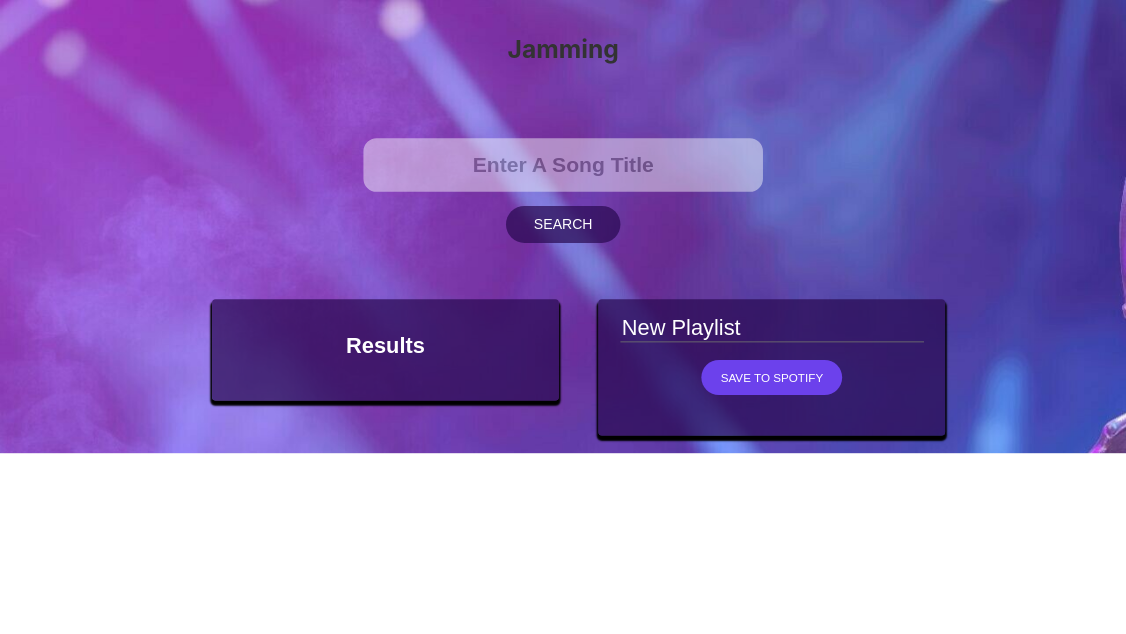
Repository: LolaSL/jamming
Page: /
An editor plug-in stored every save of this project. The page is shown before and after the next save, followed by the edit.
The browser window is 1280 px wide. The pictures show the whole page, at 88% of full size.
The project was rebuilt for these pictures with package versions that can differ from the ones it lists, and the page was loaded fresh each time. Also part of the build but not shown: src/components/Track/Track.css, src/components/Track/Track.jsx.

Above is the page before, as saved 2023-06-23 17:56:51.

### src/App/App.js
import React, { useState, useCallback } from "react";
import "./App.css";

import Playlist from "../components/PlayList/PlayList.jsx";
import SearchBar from "../components/SearchBar/SearchBar";
import SearchResults from "../components/SearchResults/SearchResults";
import Spotify from "../utils/Spotify";

const App = () => {
  const [searchResults, setSearchResults] = useState([]);
  const [playlistName, setPlaylistName] = useState("New Playlist");
  const [playlistTracks, setPlaylistTracks] = useState([]);

  const search = useCallback(async (term) => {
    const results = await Spotify.search(term);
    setSearchResults(results);
  }, []);

  const addTrack = useCallback((track) => {
    if (playlistTracks.some((savedTrack) => savedTrack.id === track.id)) {
      return;
    }
    setPlaylistTracks((prevTracks) => [...prevTracks, track]);
  }, [playlistTracks]);

  const removeTrack = useCallback((track) => {
    setPlaylistTracks((prevTracks) =>
      prevTracks.filter((currentTrack) => currentTrack.id !== track.id)
    );
  }, []);

  const updatePlaylistName = useCallback((name) => {
    setPlaylistName(name);
  }, []);

  const savePlaylist = useCallback(async () => {
    const trackUris = playlistTracks.map((track) => track.uri);
    await Spotify.savePlaylist(playlistName, trackUris);
    setPlaylistName("New Playlist");
    setPlaylistTracks([]);
  }, [playlistName, playlistTracks]);

  return (
    <div className="App-container" data-testid="app-test">
      <h1>
        Jamming
      </h1>
      <SearchBar onSearch={search} />
      <div className="App-playlist">
          <SearchResults searchResults={searchResults} onAdd={addTrack} />
          <Playlist
            playlistName={playlistName}
            playlistTracks={playlistTracks}
            onNameChange={updatePlaylistName}
            onRemove={removeTrack}
            onSave={savePlaylist}
        />
      </div>
      </div>
  );
};

export default App;
;

### src/App/App.css
body,
html,
#root {
  height: 100%;

}

/* CSS for App-container */
.App-container {
  display: flex;
  flex-direction: column;
  align-items: center;
  padding: 20px;
  background-color: #f0f0f0;
  background-image: url('./background.jpg');
}

/* CSS for h1 */
h1 {
  font-size: 28px;
  margin-bottom: 20px;
  color: #333;
}

/* CSS for SearchBar */
.SearchBar {
  display: flex;
  justify-content: center;
  align-items: center;
  margin-bottom: 20px;
}

/* CSS for App-playlist */
.App-playlist {
  display: grid;
  grid-template-columns: 1fr 1fr;
  grid-gap:80px;
}

/* CSS for SearchResults and Playlist components */
.SearchResults,
.Playlist {
  background-color: #fff;
  padding: 20px;
  border-radius: 4px;
  box-shadow: 0 2px 4px rgba(0, 0, 0, 0.1);
}

/*
.App-container{
  flex-wrap: wrap;
  height: 150%;
  padding: 0 17% 10% 17%;
  background-image: url('./background.jpg');
  opacity: 0.95;
  background-size: cover;
  overflow: hidden;
  background-position: center;
  background-repeat: no-repeat;
  font-family: 'Work Sans', sans-serif;
  font-weight: 500;
  color: #56649f;
  text-align: center;
  max-width: 100%;

}
h1{
  font-family:'Segoe UI', Tahoma, Geneva, Verdana, sans-serif;
  text-transform: uppercase;
  letter-spacing: 20px;
  color: #ffffff;
  font-size: 4rem;
  margin-top: 60px;
}
.App-playlist{
  display: flex;
  flex-wrap: wrap;
  align-items: justify;
  column-gap: 30px;
  width:500px;
  margin: 0 auto;

}

@media screen and (max-width: 400px) {
  .App-container {
    width: 70%;
    height: auto;
    align-items: center;
  }
}

@media screen and (max-width: 800px) {
  .App-container {
    width:75%;
    height: auto;
    align-items: center;
  }
}
@media only screen and (max-width: 1220px) {
  .App-container {
    width: 90%;
    height: auto;
    align-items: center;
  }
}
@media only screen and (max-width: 1620px) {
  .App-container {
    width: 100%;
    height: auto;
    align-items: center;
  }
} */

### src/components/PlayList/PlayList.jsx
import React, { useCallback } from "react";
import PropTypes from "prop-types";
import "./PlayList.css";
import TrackList from "../TrackList/TrackList";

const Playlist = ({
  onNameChange,
  playlistTracks,
  onRemove,
  onSave
}) => {
  const handleNameChange = useCallback((event) => {
    onNameChange(event.target.value);
  }, [onNameChange]);

  return (
    <div className="Playlist">
      <input onChange={handleNameChange} defaultValue={"New Playlist"} />
      <TrackList
        tracks={playlistTracks}
        isRemoval={true}
        onRemove={onRemove}
      />
      <button className="Playlist-save" onClick={onSave}>
        SAVE TO SPOTIFY
      </button>
    </div>
  );
};

Playlist.propTypes = {
  onNameChange: PropTypes.func,
  playlistTracks: PropTypes.array,
  onRemove: PropTypes.func,
  onSave: PropTypes.func
};

export default Playlist;

### src/components/SearchBar/SearchBar.jsx
import React, { useState, useCallback } from "react";
import "./SearchBar.css";

const SearchBar = ({ onSearch }) => {
  const [term, setTerm] = useState("");

  const handleTermChange = useCallback((event) => {
    setTerm(event.target.value);
  }, []);

  const search = useCallback(() => {
    onSearch(term);
  }, [onSearch, term]);

  return (
    <div className="SearchBar">
      <input placeholder="Enter A Song Title" onChange={handleTermChange} />
      <button className="SearchButton" onClick={search}>
        SEARCH
      </button>
    </div>
  );
};

export default SearchBar;

### src/components/SearchResults/SearchResults.jsx
import React from "react";
import "./SearchResults.css";
import TrackList from "../TrackList/TrackList";

const SearchResults = ({ searchResults, onAdd }) => {
  return (
    <div className="SearchResults">
      <h2>Results</h2>
      <TrackList tracks={searchResults} onAdd={onAdd} />
    </div>
  );
};

export default SearchResults;

### src/utils/Spotify.js
const clientId = 'a18dfb23f21c4bf69aa0c5c6ac72acdc'; // Insert client ID here.
const redirectUri = 'http://localhost:3000/'; // Have to add this to your accepted Spotify redirect URIs on the Spotify API.

let accessToken;

const Spotify = {
  getAccessToken() {
    if (accessToken) {
      return accessToken;
    }

    const accessTokenMatch = window.location.href.match(/access_token=([^&]*)/);
    const expiresInMatch = window.location.href.match(/expires_in=([^&]*)/);
    if (accessTokenMatch && expiresInMatch) {
      accessToken = accessTokenMatch[1];
      const expiresIn = Number(expiresInMatch[1]);
      window.setTimeout(() => accessToken = '', expiresIn * 1000);
      window.history.pushState('Access Token', null, '/'); // This clears the parameters, allowing us to grab a new access token when it expires.
      return accessToken;
    } else {
      const accessUrl = `https://accounts.spotify.com/authorize?client_id=${clientId}&response_type=token&scope=playlist-modify-public&redirect_uri=${redirectUri}`;
      window.location = accessUrl;
    }
  },

  async search(term) {
    const accessToken = Spotify.getAccessToken();
    const response = await fetch(`https://api.spotify.com/v1/search?type=track&q=${term}`, {
      headers: {
        Authorization: `Bearer ${accessToken}`
      }
    });
    const jsonResponse = await response.json();
    if (!jsonResponse.tracks) {
      return [];
    }
    return jsonResponse.tracks.items.map(track => ({
      id: track.id,
      name: track.name,
      artist: track.artists[0].name,
      album: track.album.name,
      popularity: track.popularity,
      uri: track.uri
    }));
  },

  savePlaylist(name, trackUris) {
    if (!name || !trackUris.length) {
      return;
    }

    const accessToken = Spotify.getAccessToken();
    const headers = { Authorization: `Bearer ${accessToken}` };
    let userId;

    return fetch('https://api.spotify.com/v1/me', { headers: headers }
    ).then(response => response.json()
    ).then(jsonResponse => {
      userId = jsonResponse.id;
      return fetch(`https://api.spotify.com/v1/users/${userId}/playlists`, {
        headers: headers,
        method: 'POST',
        body: JSON.stringify({ name: name })
      }).then(response => response.json()
      ).then(jsonResponse => {
        const playlistId = jsonResponse.id;
        return fetch(`https://api.spotify.com/v1/users/${userId}/playlists/${playlistId}/tracks`, {
          headers: headers,
          method: 'POST',
          body: JSON.stringify({ uris: trackUris })
        });
      });
    });
  }
};

export default Spotify;

### src/components/PlayList/PlayList.css
.Playlist {
    display: flex;
    flex-direction: column;
    align-items: center;
    justify-items: center;
    overflow-y: scroll;
    width: 100%;
    max-height: 900px;
    padding: 1.1rem;
    background-color: rgba(40, 9, 80, 0.7);
    box-shadow: 0 4px 2px 2px #000000;

  }

  .Playlist input {
    width: 95%;
    border: 0;
    outline: 0;
    background: transparent;
    border-bottom: 1px solid #6f6f6f;
    font-family: 'Poppins', sans-serif;
    font-size: 1.55rem;
    color: #fff;
  }

  .Playlist-save {
    cursor: pointer;
    width: 10rem;
    padding: .77rem 0;
    border-radius: 54px;
    border-width: 0px;
    margin-top: 1.27rem;
    background-color: #6c41ec;
    text-align: center;
    font-size: .83rem;
    transition: background-color .25s;
    color: #fff;
    font-weight: 500;
  }

  .Playlist-save:hover {
    background-color: rgba(108, 65, 233, .7);
  }

  ::-webkit-scrollbar {
      width: 0px;
      background: transparent;
  }

  @media screen and (min-width: 400px) {
    .Playlist {
      width: 70%;
      height: auto;
      align-items: center;
    }
  }

  @media screen and (min-width: 800px) {
    .Playlist {
      width:75%;
      height: auto;
    }
  }
  @media only screen and (max-width: 1220px) {
    .Playlist {
      width: 90%;
      height: auto;
      align-items: center;
    }
  }
  @media only screen and (max-width: 1620px) {
    .Playlist {
      width: 100%;
      height: auto;
      align-items: center;
    }
  }

### src/components/TrackList/TrackList.jsx
import React from "react";
import PropTypes from "prop-types";
import "./TrackList.css";
import Track from "../Track/Track";

const TrackList = ({ tracks, onAdd, isRemoval, onRemove }) => {
  return (
    <div className="TrackList">
      {tracks.map((track, index) => (
        <Track
          key={index}
          track={track}
          onAdd={onAdd}
          isRemoval={isRemoval}
          onRemove={onRemove}
        />
      ))}
    </div>
  );
};

TrackList.propTypes = {
  tracks: PropTypes.array,
  onAdd: PropTypes.func,
  onRemove: PropTypes.func,
  isRemoval: PropTypes.bool,
};

export default TrackList;

### src/components/SearchBar/SearchBar.css
.SearchBar {
  display: flex;
  flex-direction: column;
  align-items: center;
  padding-top: 4rem;
  margin-bottom: 4rem;
}

.SearchBar input {
  width: 450px;
  height: 25px;
  padding:1rem 0;
  border: 2px solid #fff;
  border-radius: 15px;
  margin-bottom: 1rem;
  color: black;
  font-weight: 600;
  text-align: center;
  font-size: 1.5rem;
  opacity: 0.45;
  z-index: 1;
}

.SearchBar input:focus {
  outline: none;
}

.SearchButton {
  cursor: pointer;
  width: 8.11rem;
  padding: 0.77rem 0;
  border-radius: 54px;
  background-color: rgba(40, 9, 80, 0.7);
  text-align: center;
  font-size: 1rem;
  transition: background-color 0.25s;
  border: 0px;
  color: #fff;
  font-weight: 500;
}

.SearchButton:hover {
  background-color: rgba(108, 65, 233, 0.7);
}

### src/components/SearchResults/SearchResults.css
.SearchResults {
  display: flex;
  flex-direction: column;
  align-items: left;
  overflow-y: scroll;
  width: 38%;
  max-height: 900px;
  padding: 1.1rem;
  background-color: rgba(40, 9, 80, 0.7);
  box-shadow: 0 4px 2px 2px #000000;
  gap: 10px;

  }
  h2{
    font-family: 'Poppins', sans-serif;
    color: #ffffff;
    text-align: left;
    font-size: 1.55rem;
  }
  ::-webkit-scrollbar {
      width: 0px;
      background: transparent;
  }

  /* @media only screen and (max-width: 1020px) {
    .SearchResults {
      width: 90%;
      margin-bottom:2.5rem;
    }
  } */

  @media screen and (min-width: 400px) {
    .SearchResults {
      width: 70%;
      margin-bottom:1.5rem;
      align-items: center;
    }
  }

  @media screen and (min-width: 800px) {
    .SearchResults {
      width:75%;
      margin-bottom:2rem;
      align-items: center;
    }
  }
  @media only screen and (max-width: 1220px) {
    .SearchResults {
      width: 90%;
      margin-bottom:2.5rem;
      align-items: center;
    }
  }
  @media only screen and (max-width: 1620px) {
    .SearchResults {
      width: 100%;
      margin-bottom:2.5rem;
      align-items: center;
    }
  }

### src/components/TrackList/TrackList.css
.TrackList {
    width: 100%;
    overflow-y: scroll;
  }

  @media screen and (max-width: 400px) {
    .TrackList {
      width: 70%;
      height: auto;
      align-items: center;
    }
  }

  @media screen and (max-width: 800px) {
    .TrackList {
      width:75%;
      height: auto;
      align-items: center;
    }
  }
  @media only screen and (max-width: 1220px) {
    .TrackList {
      width: 90%;
      height: auto;
      align-items: center;
    }
  }
  @media only screen and (max-width: 1620px) {
    .TrackList {
      width: 100%;
      height: auto;
      align-items: center;
    }
  }

Loaded but not shown: public/index.html (common file); src/index.js (common file); src/index.css (common file); src/reportWebVitals.js (common file)

After the next save:
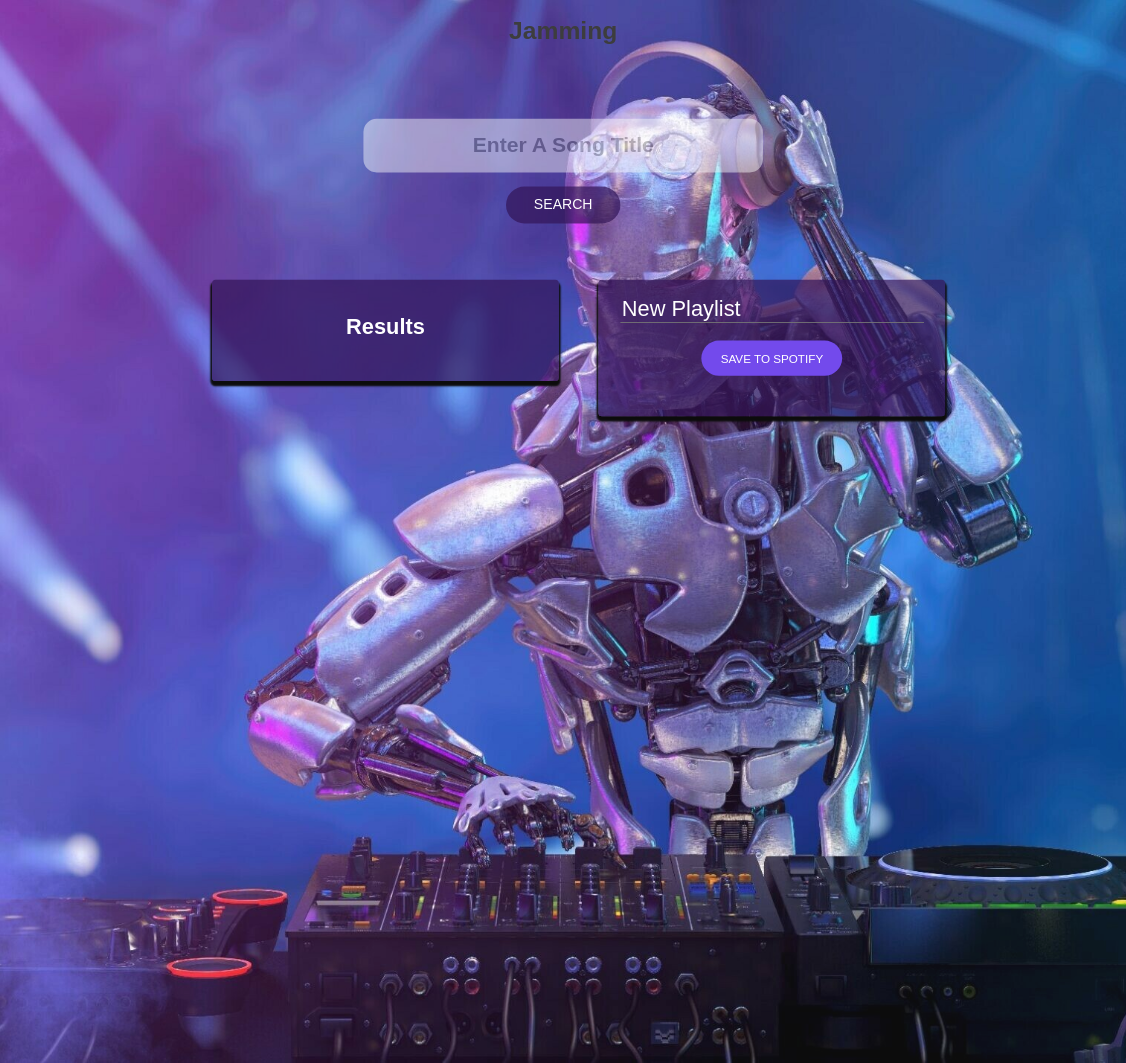
Saved 30 s later.
--- a/src/App/App.css
+++ b/src/App/App.css
@@ -13,6 +13,18 @@ html,
   padding: 20px;
   background-color: #f0f0f0;
   background-image: url('./background.jpg');
+  height: 150%;
+  padding: 0 17% 10% 17%;
+  background-image: url('./background.jpg');
+  opacity: 0.95;
+  background-size: cover;
+  overflow: hidden;
+  background-position: center;
+  background-repeat: no-repeat;
+  font-family: 'Work Sans', sans-serif;
+  font-weight: 500;
+  color: #56649f;
+  text-align: center;
 }
 
 /* CSS for h1 */
